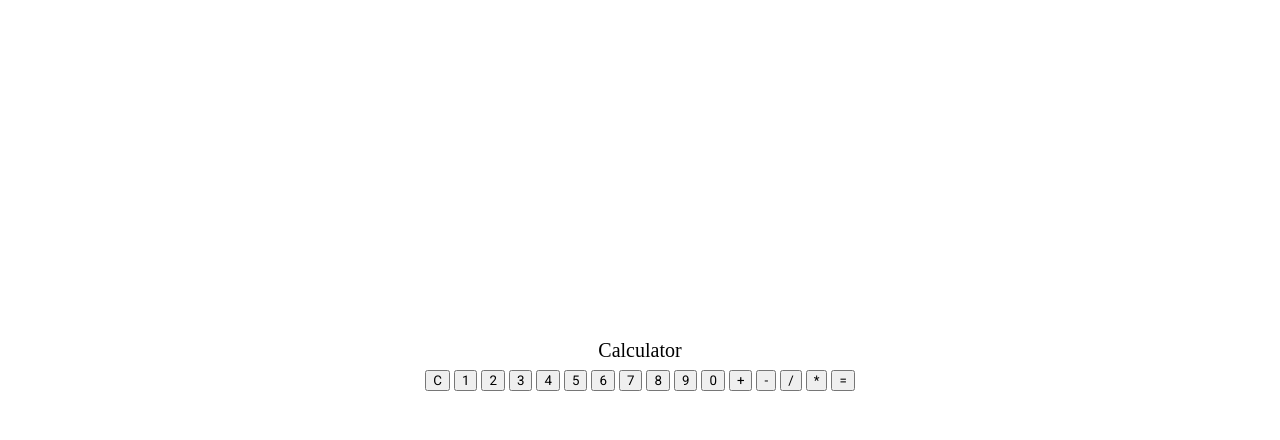
Repository: Gibon9/SimpleCalc
Page: index.html
These files come from the project's save history. The page is drawn as it stood at one moment and after the next save; the edit follows.
The browser window is 1280 px wide. The pictures show the whole page.
Some web fonts or font styles are not loaded; a fallback is used.

Above is the page before, as saved 2020-11-25 20:51:38.

### index.html
<!DOCTYPE html>
<html lang="en">
  <head>
    <meta charset="UTF-8" />
    <meta name="viewport" content="width=device-width, initial-scale=1.0" />
    <link rel="stylesheet" href="style/reset.css" />
    <link rel="stylesheet" href="style/style.css" />
    <title>Calculator</title>
  </head>

  <body>
    <main class="main">
      <h1 class="title">Calculator</h1>
      <section class="clac">
        <div class="calc-display" id="display"></div>
        <button class="calc-button" id="clear">C</button>
        <button class="calc-button" id="btn1">1</button>
        <button class="calc-button" id="btn2">2</button>
        <button class="calc-button" id="btn3">3</button>
        <button class="calc-button" id="btn4">4</button>
        <button class="calc-button" id="btn5">5</button>
        <button class="calc-button" id="btn6">6</button>
        <button class="calc-button" id="btn7">7</button>
        <button class="calc-button" id="btn8">8</button>
        <button class="calc-button" id="btn9">9</button>
        <button class="calc-button" id="btn0">0</button>
        <button class="calc-button" id="plus">+</button>
        <button class="calc-button" id="minus">-</button>
        <button class="calc-button" id="divide">/</button>
        <button class="calc-button" id="multiply">*</button>
        <button class="calc-button" id="equal">=</button>
      </section>
    </main>
    <script src="./index.js"></script>
  </body>
</html>

### style/style.css
@import url("https://fonts.googleapis.com/css2?family=Roboto&family=Saira+Stencil+One&display=swap");

:root {
  --background-color: grey;
  --display-color: black;
  --primary-color: #05e93a;
  --secondary-color: #feec00;
}

.calc-display,
.title {
  font-family: "Saira Stencil One", cursive;
}

.calc-button {
  font-family: "Roboto", sans-serif;
}

.main {
  display: flex;
  flex-direction: column;
  justify-content: center;
  align-items: center;
  width: 100vw;
  height: 100vh;
}

.title {
  font-size: 20px;
  margin: 10px 0;
}

Loaded but not shown: style/reset.css (common file); index.js (no copy from this time; the picture is the same without it)

After the next save:
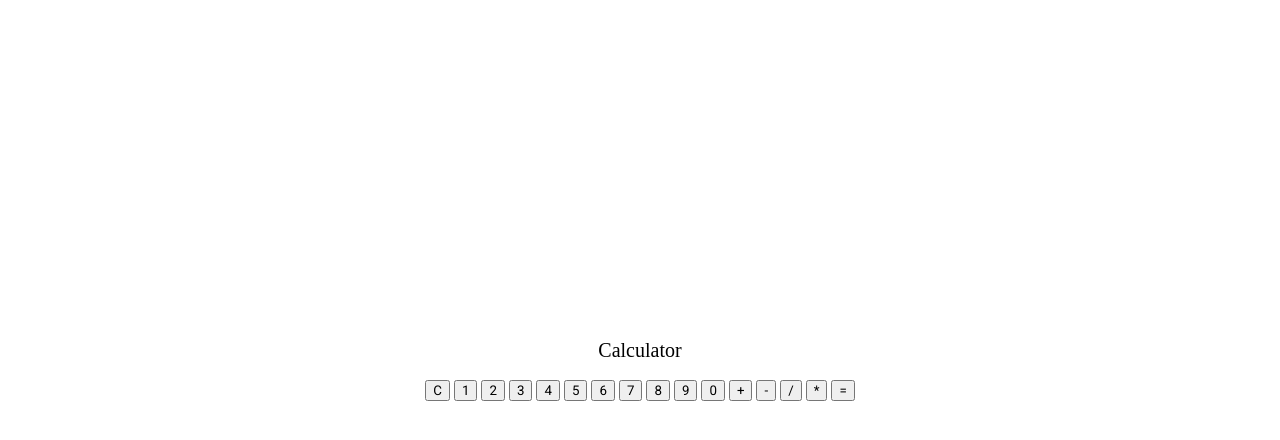
Saved 49 s later.
--- a/style/style.css
+++ b/style/style.css
@@ -27,5 +27,5 @@
 
 .title {
   font-size: 20px;
-  margin: 10px 0;
+  margin: 20px 0;
 }
